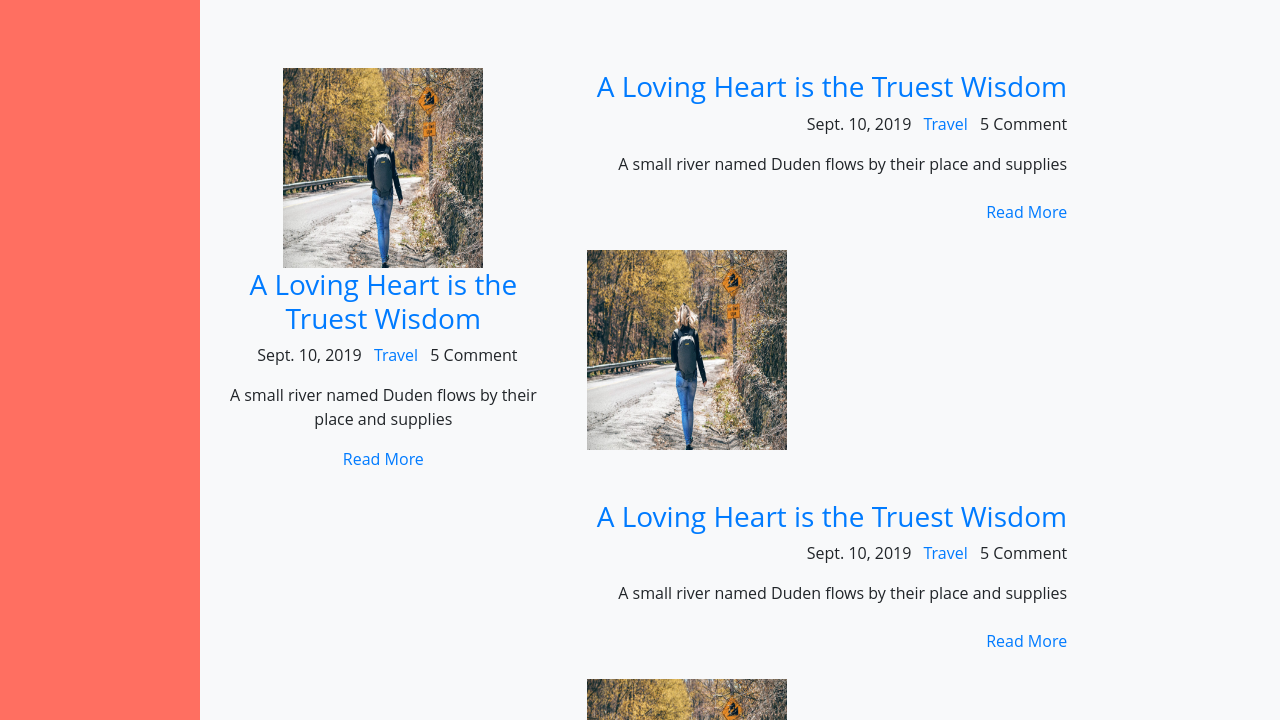
Repository: tts2610/GoogleNews
Page: index.html
These files come from the project's save history. The page is drawn as it stood at one moment and after the next save; the edit follows.
The browser window is 1280 px wide. The pictures show the whole page.
The page's requests for data from a server got no answer. An inner scrolling area shows only its first screen. Some web libraries are served in a nearby version.

Above is the page before, as saved 2020-05-20 22:48:15.

### index.html
<!DOCTYPE html>
<html lang="en">

<head>
    <meta charset="UTF-8">
    <meta name="viewport" content="width=device-width, initial-scale=1.0">
    <title>Document</title>
    <link rel="stylesheet" href="https://maxcdn.bootstrapcdn.com/bootstrap/4.4.1/css/bootstrap.min.css">

    <!-- jQuery library -->
    <script src="https://ajax.googleapis.com/ajax/libs/jquery/3.5.1/jquery.min.js"></script>

    <!-- Popper JS -->
    <script src="https://cdnjs.cloudflare.com/ajax/libs/popper.js/1.16.0/umd/popper.min.js"></script>

    <!-- Latest compiled JavaScript -->
    <script src="https://maxcdn.bootstrapcdn.com/bootstrap/4.4.1/js/bootstrap.min.js"></script>
    <link rel="stylesheet" href="css/style.css">

    <link href="https://unpkg.com/aos@2.3.1/dist/aos.css" rel="stylesheet">

    <link rel="stylesheet" href="https://cdnjs.cloudflare.com/ajax/libs/animate.css/4.0.0/animate.min.css" />
    <script src="js/moment.js"></script>
</head>

<body>
    <div class="myContainer">
        <div class="sidenav">
            <ul id="sideNav">
                <!-- <li></li>
                <li></li>
                <li></li> -->
            </ul>
        </div>
        <div class="content" id="myContent">

            <div class="row">
                <div class="col-4">
                    <div class="blog-entry-left mt-5">
                        <div>
                            <img src="img/image_8.jpg" width="200" height="200">
                        </div>
                        <div class="text" style="text-align: center;">
                            <h3 class=""><a href="single.html">A Loving Heart is the Truest Wisdom</a></h3>
                            <div class="meta-wrap">
                                <p class="meta">
                                    <span><i class="icon-calendar mr-2"></i>Sept. 10, 2019</span>
                                    <span><a href="single.html"><i class="icon-folder-o mr-2"></i>Travel</a></span>
                                    <span><i class="icon-comment2 mr-2"></i>5 Comment</span>
                                </p>
                            </div>
                            <p class="">A small river named Duden flows by their place and supplies</p>
                            <p><a href="#" class="btn-custom">Read More <span class="ion-ios-arrow-forward"></span></a></p>
                        </div>
                    </div>
                </div>
                <div class="col-8">
                    <div class="row" id='container-row'>

                        <div class="row">
                            <div class="blog-entry">
                                <div class="text">
                                    <h3 class="mb-2"><a href="single.html">A Loving Heart is the Truest Wisdom</a></h3>
                                    <div class="meta-wrap">
                                        <p class="meta">
                                            <span><i class="icon-calendar mr-2"></i>Sept. 10, 2019</span>
                                            <span><a href="single.html"><i class="icon-folder-o mr-2"></i>Travel</a></span>
                                            <span><i class="icon-comment2 mr-2"></i>5 Comment</span>
                                        </p>
                                    </div>
                                    <p class="mb-4">A small river named Duden flows by their place and supplies</p>
                                    <p><a href="#" class="btn-custom">Read More <span class="ion-ios-arrow-forward"></span></a></p>
                                </div>
                            </div>
                            <div class="news-img"><img src="img/image_8.jpg" width="200" height="200"></div>
                        </div>
                        <div class="row">
                            <div class="blog-entry">
                                <div class="text">
                                    <h3 class="mb-2"><a href="single.html">A Loving Heart is the Truest Wisdom</a></h3>
                                    <div class="meta-wrap">
                                        <p class="meta">
                                            <span><i class="icon-calendar mr-2"></i>Sept. 10, 2019</span>
                                            <span><a href="single.html"><i class="icon-folder-o mr-2"></i>Travel</a></span>
                                            <span><i class="icon-comment2 mr-2"></i>5 Comment</span>
                                        </p>
                                    </div>
                                    <p class="mb-4">A small river named Duden flows by their place and supplies</p>
                                    <p><a href="#" class="btn-custom">Read More <span class="ion-ios-arrow-forward"></span></a></p>
                                </div>
                            </div>
                            <div class="news-img"><img src="img/image_8.jpg" width="200" height="200"></div>
                        </div>


                        <!-- <div class="col-md-12">

                        </div> -->
                        <!-- <div class="col-md-12">

                        </div> -->
                    </div>
                </div>
            </div>
            <!-- <button type="button" id="loadMoreBtn" class="btn btn-success my-3" style="margin-left: 470px;">Load more...</button> -->
        </div>
    </div>

    <script src="js/script.js"></script>
    <script src="https://unpkg.com/aos@2.3.1/dist/aos.js"></script>
    <script>
        AOS.init();
    </script>
</body>

</html>

### css/style.css
body {
    margin: 0;
    font-family: 'Open Sans', sans-serif;
}

.myContainer {
    display: flex;
    justify-content: start;
}

.sidenav {
    min-height: 100vh;
    width: 200px;
    float: left;
    position: relative;
    background-color: #FF6F61;
}

#sideNav {
    overflow-y: scroll;
}

.content {
    height: 100vh;
    width: calc(100% - 200px);
    float: right;
    position: relative;
    background-color: #f8f9fa;
    overflow-y: scroll;
}

.blog-entry-left {
    display: flex;
    flex-direction: column;
    align-items: center;
}

.blog-entry {
    padding: 10px;
}

.row {
    padding: 20px;
    font-size: medium;
    text-align: right;
}

#container-row {
    display: flex;
    justify-content: flex-end;
}

button {
    margin-left: 500px;
}

### js/script.js
let newsList = [];
const apiKey = "2dc86bcdc7184b17b45b74b30858f75a"
let page = 1;
let pageSize = 6;
let categoryList = [];
let q = "apple";

const loadNews = async(page) => {
    let sources = [];
    $("input:checkbox:checked").each(function() {
        sources.push($(this).val());
    });
    let url;
    if (!sources.length)
        url = `https://newsapi.org/v2/top-headlines?q=${q}&apiKey=${apiKey}&page=${page}&pageSize=${pageSize}`;
    else {
        let sourceStr = sources.join(",");
        url = `https://newsapi.org/v2/top-headlines?q=${q}&page=${page}&pageSize=${pageSize}&sources=${sourceStr}&apiKey=${apiKey}`
    }



    let data = await fetch(url);
    let result = await data.json();
    $("#myContent").empty();
    $("#myContent").append(render(result));
    $('#myContent').append(`<button onclick="loadMoreFunction()" id="loadMoreBtn" type="button" class="btn btn-success my-4">Load more</button>`);
    $('#myContent').append(`<div id="currentNews" style="text-align:right;">Shown : ${result.articles.length} news</div>`);
}

$(document).ready(function() {
    countCategory();
    // loadNews(page);

});

async function countCategory() {
    let filterUrl = `https://newsapi.org/v2/top-headlines?q=${q}&apiKey=${apiKey}`;
    let filterData = await fetch(filterUrl);
    let result = await filterData.json();
    result.articles.forEach((x, i) => {
        addToDictionary(x.source);
    });
    reloadFilter();
}


function loadMoreFunction() {
    page++;
    $("#loadMoreBtn").remove();
    $("#currentNews").remove();
    loadNews(page);
}

function reloadFilter() {
    $("#sideNav").empty();
    categoryList.forEach(element => {
        let html = `<div class="form-check">
                        <input class="form-check-input" onchange="loadNews(1);" type="checkbox" id="${element.id}" value="${element.id}">
                        <label class="form-check-label">${element.category}(${element.count})</label>
                    </div>`;
        $("#sideNav").append(html);
    });
}

function addToDictionary(x) {
    let flag;
    for (let i = 0; i < categoryList.length; i++) {
        if (categoryList[i].id == x.id) {
            categoryList[i].count++;
            flag = true;
        }
    }
    if (!flag)
        categoryList.push({ id: x.id, category: x.name, count: 1 })
}

function render(result) {
    let innerHtml = '';
    let firstNum = 0;
    let midNum;
    let lastNum;
    result.articles.forEach((x, i) => {
        if (i == firstNum) {
            innerHtml += `<div class="row animate__animated animate__fadeInUp">
            <div class="col-4">
                <div class="blog-entry-left">
                    <div>
                        <img src="${x.urlToImage}" width="200" height="200">
                    </div>
                    <div class="text">
                        <h3 class=""><a href="single.html">${x.title}</a></h3>
                        <div class="meta-wrap">
                            <p class="meta">
                                <span><i class="icon-calendar mr-2"></i>${moment(x.publishedAt).fromNow()}</span>
                                <span><a href="single.html"><i class="icon-folder-o mr-2"></i>${x.source.name}</a></span>
                                <span><i class="icon-comment2 mr-2"></i>5 Comment</span>
                            </p>
                        </div>
                        <p class="">${x.description}</p>
                        <p><a href="#" class="btn-custom">Read More <span class="ion-ios-arrow-forward"></span></a></p>
                    </div>
                </div>
            </div>`
            midNum = i + 1;
            firstNum = firstNum + 3;
        }
        if (i == midNum) {
            innerHtml += `<div class="col-8">
            <div class="row">
                <div class="col-md-12">
                    <div class="blog-entry">
                        <div class="text text-2 text-md-right pr-4">
                            <h3 class="mb-2"><a href="single.html">${x.title}</a></h3>
                            <div class="meta-wrap">
                                <p class="meta">
                                    <span><i class="icon-calendar mr-2"></i>${moment(x.publishedAt).fromNow()}</span>
                                    <span><a href="single.html"><i class="icon-folder-o mr-2"></i>${x.source.name}</a></span>
                                    <span><i class="icon-comment2 mr-2"></i>5 Comment</span>
                                </p>
                            </div>
                            <p class="mb-4">${x.description}</p>
                            <p><a href="#" class="btn-custom">Read More <span class="ion-ios-arrow-forward"></span></a></p>
                        </div>
                        <div class="news-img"><img src="${x.urlToImage}" width="200" height="200"></div>
                    </div>
                </div>`
            lastNum = i + 1;
        }
        if (i == lastNum) {
            innerHtml += `<div class="col-md-12">
            <div class="blog-entry ftco-animate d-md-flex align-items-center">
                <div class="text text-2 text-md-right pr-4">
                    <h3 class="mb-2"><a href="single.html">${x.title}</a></h3>
                    <div class="meta-wrap">
                        <p class="meta">
                            <span><i class="icon-calendar mr-2"></i>${moment(x.publishedAt).fromNow()}</span>
                            <span><a href="single.html"><i class="icon-folder-o mr-2"></i>${x.source.name}</a></span>
                            <span><i class="icon-comment2 mr-2"></i>5 Comment</span>
                        </p>
                    </div>
                    <p class="mb-4">${x.description}</p>
                    <p><a href="#" class="btn-custom">Read More <span class="ion-ios-arrow-forward"></span></a></p>
                </div>
                <div class="news-img"><img src="${x.urlToImage}" width="200" height="200"></div>
            </div>
        </div>
    </div>
</div>
</div>
`
        }


    });
    return innerHtml;
}

Loaded but not shown: js/moment.js (library)

After the next save:
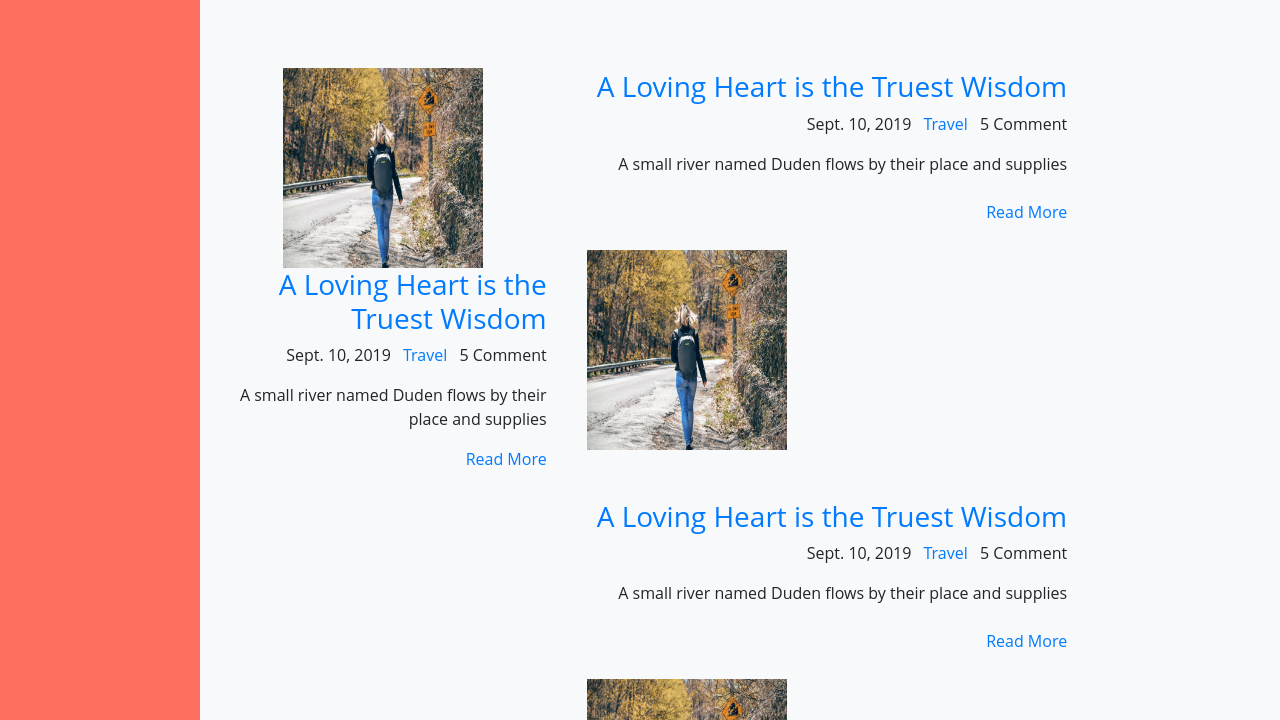
Saved 26 s later.
--- a/index.html
+++ b/index.html
@@ -40,7 +40,7 @@
                         <div>
                             <img src="img/image_8.jpg" width="200" height="200">
                         </div>
-                        <div class="text" style="text-align: center;">
+                        <div class="text">
                             <h3 class=""><a href="single.html">A Loving Heart is the Truest Wisdom</a></h3>
                             <div class="meta-wrap">
                                 <p class="meta">
